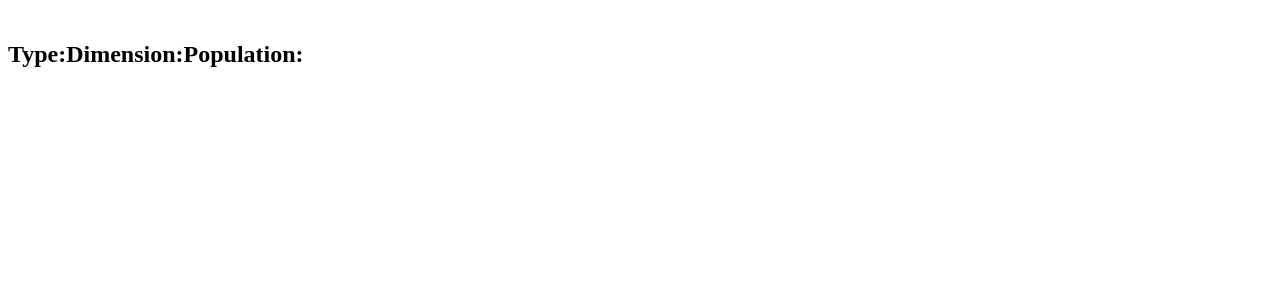
Repository: RobertAries28/ApiRickyMortin
Page: /
These files come from the project's save history. The page is drawn as it stood at one moment and after the next save; the edit follows.
The browser window is 1280 px wide. The pictures show the whole page.
The page's requests for data from a server got no answer. The project was rebuilt for these pictures with package versions that can differ from the ones it lists, and the page was loaded fresh each time. No one was signed in, and anything a server would have sent is missing.

Above is the page before, as saved 2022-04-28 11:15:03.

After the next save:
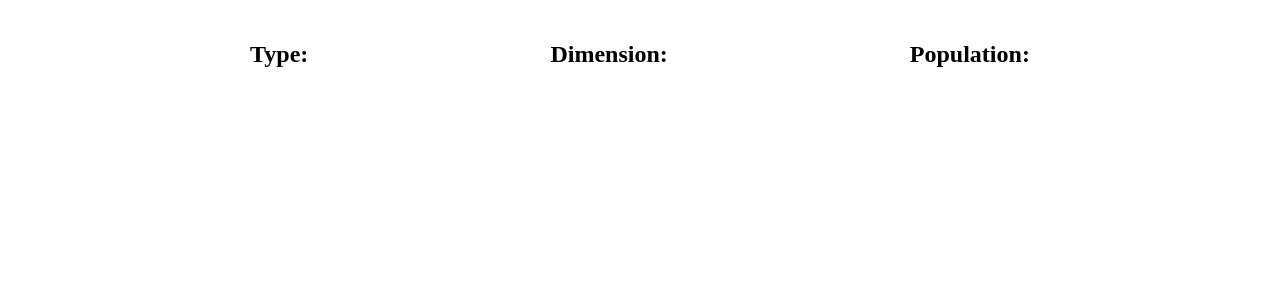
Saved 35 s later.
--- a/src/index.css
+++ b/src/index.css
@@ -8,4 +8,5 @@
 
 .information_data{
   display: flex;
+  justify-content: space-evenly;
 }
